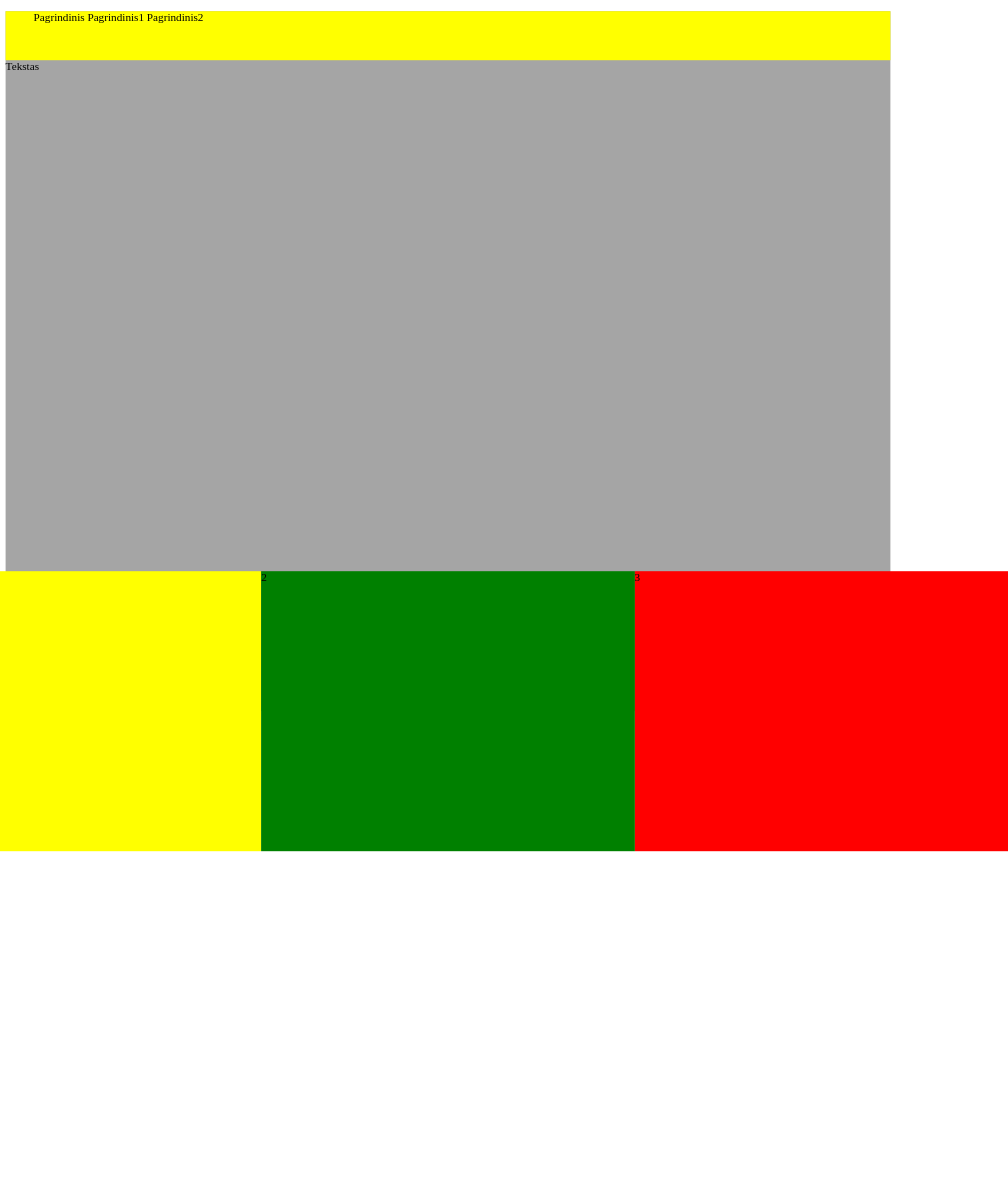
Repository: motiejus1/13-paskaita-05.31
Page: index.html
These files come from the project's save history. The page is drawn as it stood at one moment and after the next save; the edit follows.
The browser window is 1280 px wide. The page is 1440 px wide, so the pictures cover 1440 px, including what lies to the right of the window. The pictures show the part of the page from y = 0 to 1720 px (the page is 5086 px tall before and 5008 px after), at 70% of full size.

Above is the page before, as saved 2021-06-21 19:59:40.

After the next save:
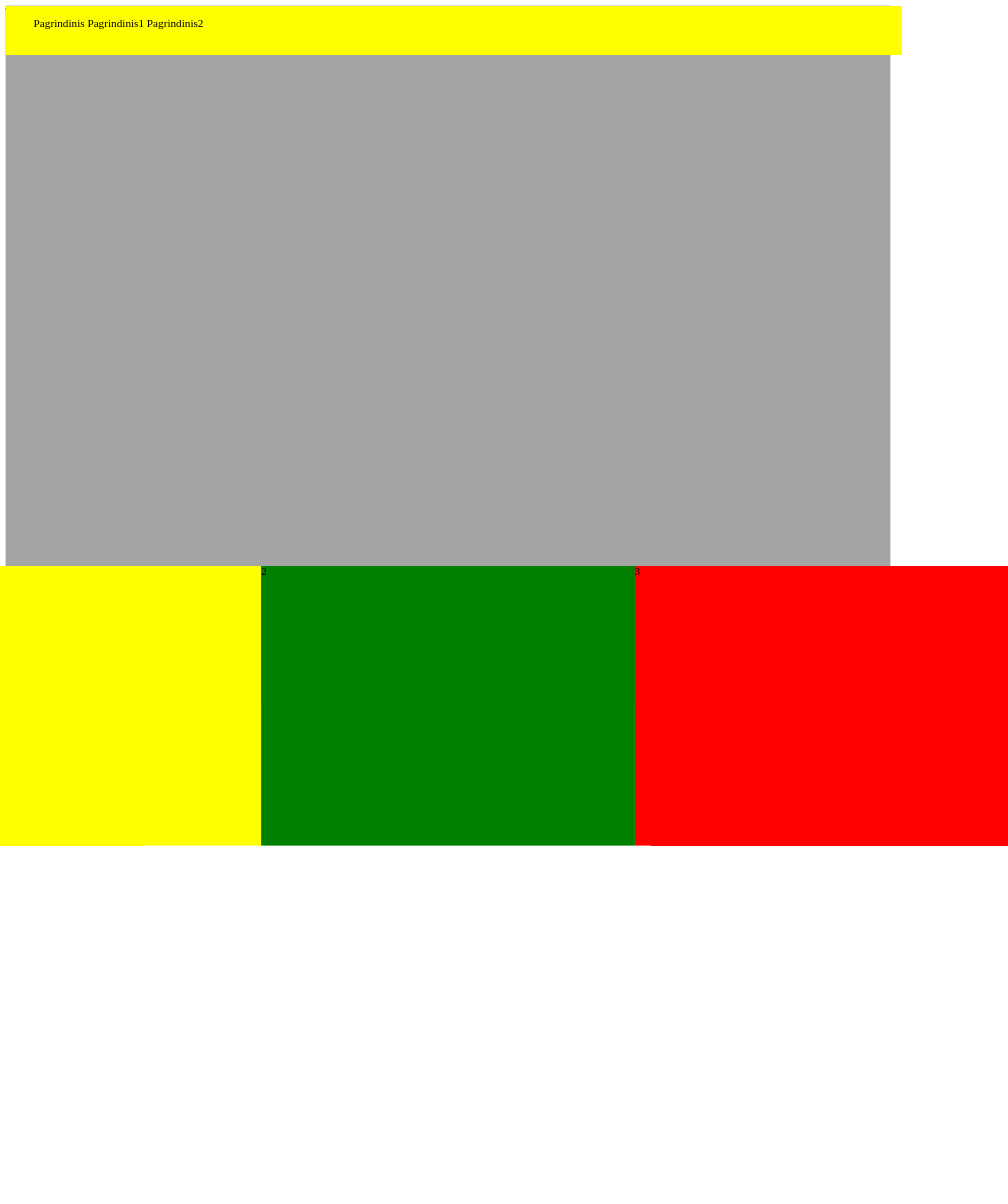
Saved 44 s later.
--- a/index.html
+++ b/index.html
@@ -61,6 +61,7 @@
         .menu {
             width: 100%;
             height: 70px;
+            position:fixed
         }
 
         ul {
